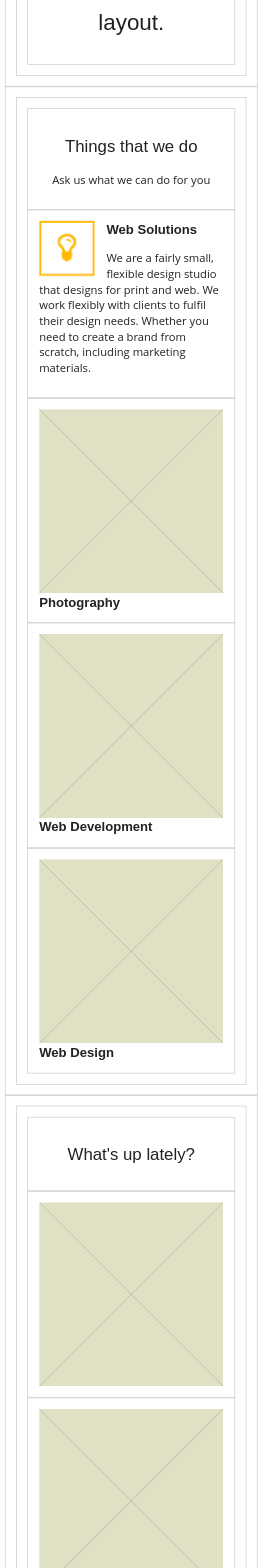
Repository: lpcmendoza/LAB02BF_Group9
Page: index.html
An editor plug-in stored every save of this project. The page is shown before and after the next save, followed by the edit.
The browser window is 375 px wide. The pictures show the part of the page from y = 912 to 3152 px (the page is 6863 px tall before and 6952 px after), at 70% of full size.

Above is the page before, as saved 2024-02-11 21:23:24.

### index.html
<!doctype html>
<html class="no-js" lang="en">

<head>
  <meta charset="utf-8">
  <meta name="viewport" content="width=device-width, initial-scale=1">
  <title>Metrolics</title>
  <link rel="stylesheet" href="css/style.css">
  <meta name="description" content="Group Blog">

  <meta property="og:title" content="Metrolics">
  <meta property="og:type" content="website">
  <meta property="og:url" content="">
  <meta property="og:image" content="">

  <link rel="icon" href="/favicon.ico" sizes="any">
  <link rel="icon" href="/icon.svg" type="image/svg+xml">
  <link rel="apple-touch-icon" href="icon.png">

  <link rel="manifest" href="site.webmanifest">
  <meta name="theme-color" content="#fafafa">
</head>

<body>

  <header class="page-header page-header-home">
    <div class="inner-container">
      <div class="content-container">
        <h1>Metrolics</h1>
      </div>
      <div class="content-container">
        <button class="navigation-button">Home</button>
        <button class="navigation-button">Pages</button>
        <button class="navigation-button">Portfolio</button>
        <button class="navigation-button">Blog</button>
        <button class="navigation-button">E-mail</button>
      </div>
    </div>
  </header>

  <div class="section section-image">
    <div class="inner-container">
      <div class="content-container">
        <img src="img/placeholder.svg" alt="placeholder image">
      </div>
    </div>
  </div>

  <div class="section section-title">
    <div class="inner-container">
      <div class="content-container">
        <h1>Hey guys! This is the Metrolics theme. It sports a responsive layout with a mobile layout.</h1>
      </div>
    </div>
  </div>

  <div class="section section-ourthings">
    <div class="inner-container">
      <div class="what-we-do-container-header">
        <h2>Things that we do</h2>
        <p>Ask us what we can do for you</p>
      </div>
      <div class="what-we-do-container-body">
        <img class="icons" src="img/icon-web-solutions.png" alt="Web Solutions Icon">
        <h3>Web Solutions</h3>
        <p>We are a fairly small, flexible design studio that designs for print and web. We work flexibly with clients to fulfil their design needs. Whether you need to create a brand from scratch, including marketing materials.</p>
      </div>
      <div class="content-container">
        <img src="img/placeholder.svg" alt="placeholder image">
        <h3>Photography</h3>
      </div>
      <div class="content-container">
        <img src="img/placeholder.svg" alt="placeholder image">
        <h3>Web Development</h3>
      </div>
      <div class="content-container">
        <img src="img/placeholder.svg" alt="placeholder image">
        <h3>Web Design</h3>
      </div>
    </div>
  </div>

  <div class="section section-news">
    <div class="inner-container">
      <div class="content-container">
        <h2>What's up lately?</h2>
      </div>
      <div class="content-container">
        <img src="img/placeholder.svg" alt="placeholder image">
      </div>
      <div class="content-container">
        <img src="img/placeholder.svg" alt="placeholder image">
      </div>
      <div class="content-container">
        <img src="img/placeholder.svg" alt="placeholder image">
      </div>
    </div>
  </div>

  <div class="section section-projects">
    <div class="inner-container">
      <div class="content-container">
        <h2>Our latest projects</h2>
      </div>
      <div class="content-container">
        <img src="img/placeholder.svg" alt="placeholder image">
      </div>
      <div class="content-container">
        <img src="img/placeholder.svg" alt="placeholder image">
      </div>
      <div class="content-container">
        <img src="img/placeholder.svg" alt="placeholder image">
      </div>
      <div class="content-container">
        <img src="img/placeholder.svg" alt="placeholder image">
      </div>
      <div class="content-container">
        <img src="img/placeholder.svg" alt="placeholder image">
      </div>
      <div class="content-container">
        <img src="img/placeholder.svg" alt="placeholder image">
      </div>
    </div>
  </div>

  <div class="section section-things">
    <div class="inner-container">
      <div class="content-container">
        <h2>Things of above</h2>
      </div>
      <div class="content-container">
        <p>content</p>
      </div>
      <div class="content-container">
        <p>content</p>
      </div>
    </div>
  </div>

  <div class="section section-clients">
    <div class="inner-container">
      <div class="content-container">
        <p>client</p>
      </div>
      <div class="content-container">
        <p>client</p>
      </div>
      <div class="content-container">
        <p>client</p>
      </div>
      <div class="content-container">
        <p>client</p>
      </div>
      <div class="content-container">
        <p>client</p>
      </div>
    </div>
  </div>

  <footer>
    <div class="page-footer page-footer-home">
      <div class="inner-container">
        <div class="content-container">
          <h2>footer</h2>
        </div>
        <div class="content-container">
          <p>content</p>
        </div>
        <div class="content-container">
          <p>content</p>
        </div>
        <div class="content-container">
          <p>content</p>
        </div>
        <div class="content-container">
          <p>content</p>
        </div>
      </div>
    </div>
  </footer>

  <script src="js/app.js"></script>

</body>

</html>

### css/style.css
/* ==========================================================================
    [Table of contents]

    1. BASE
        1.1 Page Rendering Defaults
        1.2 Core Styling
        1.3 Typography
    2. LAYOUT
        2.1 Core Layout
        2.2 Small only
        2.3 medium and up
        2.4 Medium only
        2.5 large screens and up
        2.6 Large only
    3. MODULES
    4. STATES
    5. THEME
    6. UTILITY classes
    7. PRINT

    refer to http://smacss.com/
    ========================================================================== */


/* ==========================================================================
   BASE
   ========================================================================== */


/* 1.1 Page Rendering Defaults */

html {
  color: #222;
  font-size: 1em;
  line-height: 1.4;
}

/*
* Remove text-shadow in selection highlight:
* https://twitter.com/miketaylr/status/12228805301
*
* Customize the background color to match your design.
*/

::-moz-selection {
background: #b3d4fc;
text-shadow: none;
}

::selection {
background: #b3d4fc;
text-shadow: none;
}

/*
* A better looking default horizontal rule
*/

hr {
display: block;
height: 1px;
border: 0;
border-top: 1px solid #ccc;
margin: 1em 0;
padding: 0;
}

/*
* Remove the gap between audio, canvas, iframes,
* images, videos and the bottom of their containers:
* https://github.com/h5bp/html5-boilerplate/issues/440
*/

audio,
canvas,
iframe,
img,
svg,
video {
vertical-align: middle;
}

/*
* Remove default fieldset styles.
*/

fieldset {
border: 0;
margin: 0;
padding: 0;
}

/*
* Allow only vertical resizing of textareas.
*/

textarea {
resize: vertical;
}

/* 1.2 Core Styling */

/* refer to https://css-tricks.com/box-sizing/ */
*,
*:before,
*:after {
  box-sizing: border-box;
}

img {
  width: 100%;
}


/* 1.3 Typgraphy */

h1,
h2,
h3,
h4,
h5,
h6 {
  font-family: Ubuntu, sans-serif;
  font-weight: 300;
  text-align: center;
}

p {
  font-family: 'Open Sans', Arial, Helvetica, sans-serif;
}


/* ==========================================================================
 2. LAYOUT
 ========================================================================== */


/* Helper to display empty layout containers*/

div,
main,
section,
footer,
header {
  outline: 1px solid #ccc;
  min-height: 1rem;
  padding: 1rem;
}


/* 2.1 Core layout */

.row {
  display: grid;
  row-gap: 1rem;
}

.col {
  position: relative;
  background-color: rgb(242, 230, 177);
}


/* ==========================================================================
 EXAMPLE Media Queries for Responsive Design.
 These examples override the primary ('mobile first') styles.
 Modify as content requires.
 Taken from https://get.foundation/sites/docs-v5/media-queries.html
 (the latest version is adjusted and no longer matches the ones used below)
 ========================================================================== */


/* 2.2 Small only */

@media screen and (max-width: 39.9375em) {
  .s-hide {
      display: none;
  }

  .what-we-do-container-header {
    align-content: center;
    text-align: center;
  }

  .icons {
      max-width: 5em;
      max-height: 5em;
      float: left;
      margin-right: 1em;
  }

  h3 {
      text-align: left;
      margin: 0;
      font-weight: bold;
  }

  .what-we-do-container-body {
      text-align: left;
  }
}


/* 2.3 medium and up */

@media screen and (min-width: 40em) {
  .row {
      max-width: 70rem;
      column-gap: 1.5rem;
      row-gap: 1.5rem;
      margin: 0 auto;
  }
  .grid {
      display: grid;
      column-gap: 0.5rem;
      row-gap: 0.5rem;
  }
  .m-col-2 {
      grid-template-columns: 1fr 1fr;
  }
  .m-col-3 {
      grid-template-columns: repeat(3, 1fr);
  }
  .m-col-4 {
      grid-template-columns: repeat(4, 1fr);
  }
  .m-col-5 {
      grid-template-columns: repeat(5, 1fr);
  }
  .m-1-2 {
      grid-template-columns: 1fr 2fr;
  }
}


/* 2.4 Medium only */

@media screen and (min-width: 40em) and (max-width: 63.9375em) {
  .m-row-span {
      grid-column-start: 1;
      grid-column-end: -1;
  }
  .m-hide {
      display: none;
  }
}


/* 2.5 large screens and up 2.6 Large only */

@media screen and (min-width: 64em) {
  .l-col-2 {
      grid-template-columns: 1fr 1fr;
  }
  .l-col-3 {
      grid-template-columns: repeat(3, 1fr);
  }
  .l-col-4 {
      grid-template-columns: repeat(4, 1fr);
  }
  .l-col-5 {
      grid-template-columns: repeat(5, 1fr);
  }
  .l-col-6 {
      grid-template-columns: repeat(6, 1fr);
  }
  .l-row-span {
      grid-column-start: 1;
      grid-column-end: -1;
  }
  .l-hide {
      display: none;
  }
}


/* ==========================================================================
 2. MODULES
 ========================================================================== */


/* ==========================================================================
 2. STATES
 ========================================================================== */


/* ==========================================================================
 2. THEME
 ========================================================================== */


/* ==========================================================================
 6. UTILITY classes
 ========================================================================== */
/*
* Hide visually and from screen readers
*/

.hidden,
[hidden] {
display: none !important;
}

/*
* Hide only visually, but have it available for screen readers:
* https://snook.ca/archives/html_and_css/hiding-content-for-accessibility
*
* 1. For long content, line feeds are not interpreted as spaces and small width
*    causes content to wrap 1 word per line:
*    https://medium.com/@jessebeach/beware-smushed-off-screen-accessible-text-5952a4c2cbfe
*/

.visually-hidden {
border: 0;
clip: rect(0, 0, 0, 0);
height: 1px;
margin: -1px;
overflow: hidden;
padding: 0;
position: absolute;
white-space: nowrap;
width: 1px;
/* 1 */
}

/*
* Extends the .visually-hidden class to allow the element
* to be focusable when navigated to via the keyboard:
* https://www.drupal.org/node/897638
*/

.visually-hidden.focusable:active,
.visually-hidden.focusable:focus {
clip: auto;
height: auto;
margin: 0;
overflow: visible;
position: static;
white-space: inherit;
width: auto;
}

/*
* Hide visually and from screen readers, but maintain layout
*/

.invisible {
visibility: hidden;
}

/*
* Clearfix: contain floats
*
* The use of `table` rather than `block` is only necessary if using
* `::before` to contain the top-margins of child elements.
*/

.clearfix::before,
.clearfix::after {
content: "";
display: table;
}

.clearfix::after {
clear: both;
}

@media print,
(-webkit-min-device-pixel-ratio: 1.25),
(min-resolution: 1.25dppx),
(min-resolution: 120dpi) {
/* Style adjustments for high resolution devices */
}

/* ==========================================================================
 Print styles.
 Inlined to avoid the additional HTTP request:
 https://www.phpied.com/delay-loading-your-print-css/
 ========================================================================== */

@media print {
*,
*::before,
*::after {
  background: #fff !important;
  color: #000 !important;
  /* Black prints faster */
  box-shadow: none !important;
  text-shadow: none !important;
}

a,
a:visited {
  text-decoration: underline;
}

a[href]::after {
  content: " (" attr(href) ")";
}

abbr[title]::after {
  content: " (" attr(title) ")";
}

/*
 * Don't show links that are fragment identifiers,
 * or use the `javascript:` pseudo protocol
 */
a[href^="#"]::after,
a[href^="javascript:"]::after {
  content: "";
}

pre {
  white-space: pre-wrap !important;
}

pre,
blockquote {
  border: 1px solid #999;
  page-break-inside: avoid;
}

tr,
img {
  page-break-inside: avoid;
}

p,
h2,
h3 {
  orphans: 3;
  widows: 3;
}

h2,
h3 {
  page-break-after: avoid;
}
}

Loaded but not shown: js/app.js (no stored copy; drawn as an empty file)

After the next save:
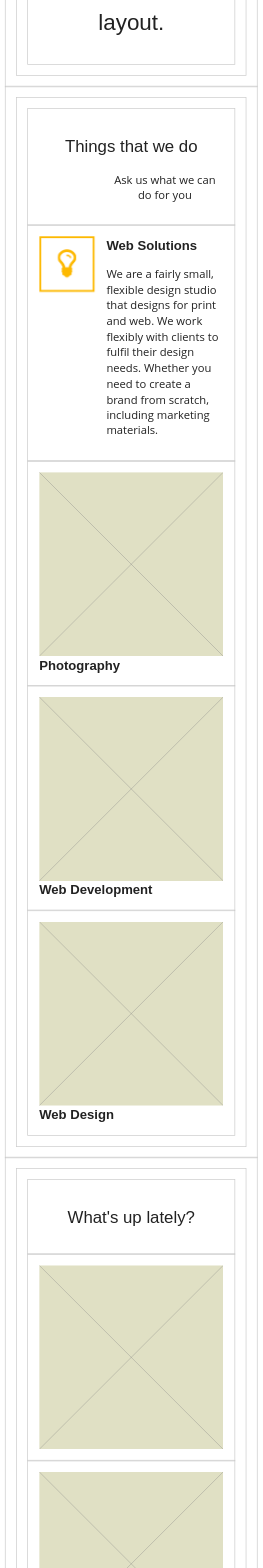
Saved 28 s later.
--- a/css/style.css
+++ b/css/style.css
@@ -195,6 +195,10 @@
       font-weight: bold;
   }
 
+  p {
+    margin-left: 6em;
+  }
+
   .what-we-do-container-body {
       text-align: left;
   }
